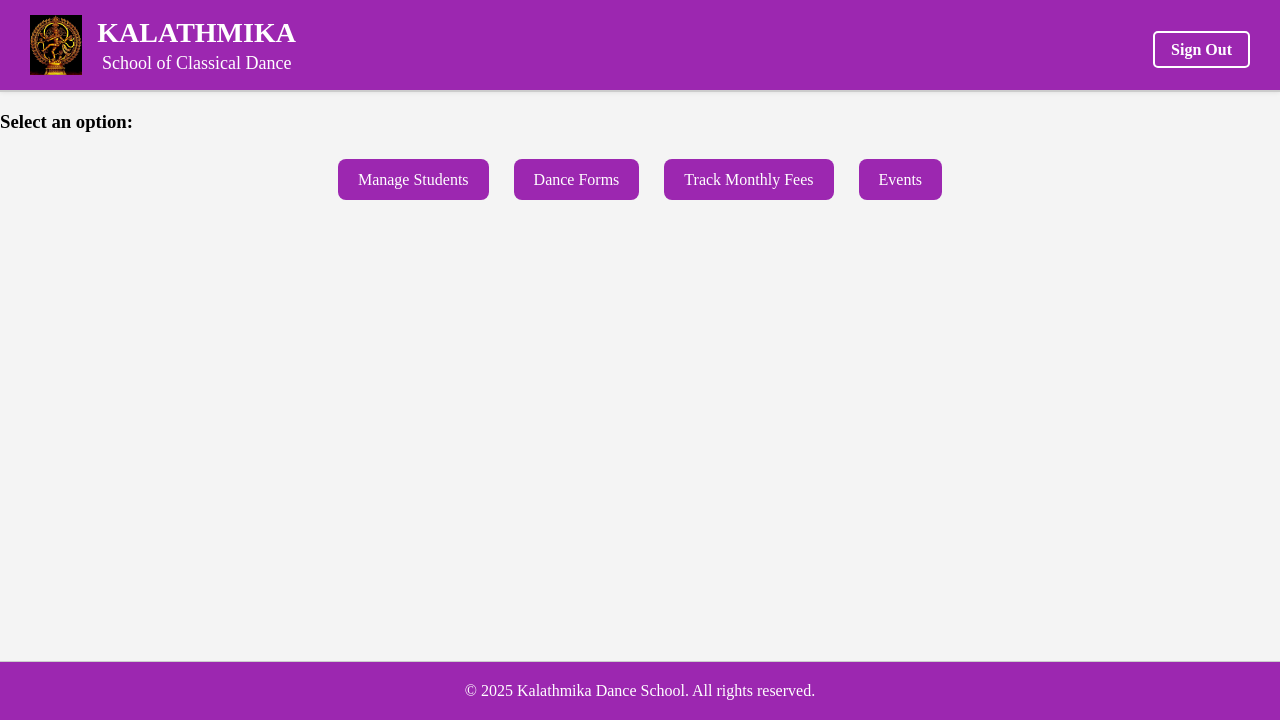
Repository: ammubancilal/LUMINAR-JDK17-STS4-SPRINGBOOT-KALATHMIKA-DANCESCHOOL
Page: http://localhost/springboot-jsp-kalathmika/WEB-INF/jsp/adminDashBoard.jsp
An editor plug-in stored every save of this project. The page is shown before and after the next save, followed by the edit.
The browser window is 1280 px wide. The pictures show the whole page.
The page is served by Tomcat 9. Nobody is signed in. Other server files are loaded and not shown. The template is opened directly, without the code that normally fills it, so the values that code supplies are empty.

Above is the page before, as saved 2025-04-21 11:10:58.

### springboot-jsp-kalathmika/src/main/webapp/WEB-INF/jsp/adminDashBoard.jsp
<%@ page contentType="text/html;charset=UTF-8" language="java" %>
<%@ include file="header.jsp" %>

<html>
<head>
    <title>Admin Dashboard</title>
    <style>
        ul.nav-menu {
             list-style-type: none;
    padding: 0;
    margin: 20px auto 0 auto; /* Top margin and auto left-right for centering */
    display: flex;
    justify-content: center; /* This centers the items horizontally */
    gap: 25px;
        }
        ul.nav-menu li a {
            text-decoration: none;
            background-color: #9C27B0;
            color: white;
            padding: 12px 20px;
            border-radius: 8px;
        }
        ul.nav-menu li a:hover {
            background-color: #7B1FA2;
        }
    </style>
</head>
<body>

<h3>Select an option:</h3>

<nav>
    <ul class="nav-menu">
        <li><a href="${pageContext.request.contextPath}/admin/students">Manage Students</a></li>
        <li><a href="${pageContext.request.contextPath}/admin/dance-forms">Dance Forms</a></li>
        <li><a href="${pageContext.request.contextPath}/admin/fees">Track Monthly Fees</a></li>
        <li><a href="${pageContext.request.contextPath}/admin/events">Events</a></li>
    </ul>
</nav>

<%@ include file="footer.jsp" %>
</body>
</html>

### springboot-jsp-kalathmika/src/main/webapp/WEB-INF/jsp/header.jsp
<%@ page contentType="text/html;charset=UTF-8"%>
<!DOCTYPE html>
<html lang="en">
<head>
    <meta charset="UTF-8">
    <meta name="viewport" content="width=device-width, initial-scale=1.0">
    <title>Kalathmika Admin Dashboard</title>
    <style>
       html, body {
    height: 100%;
    margin: 0;
    padding: 0;
    overflow-x: hidden; /* 👈 Prevents horizontal scroll */
    box-sizing: border-box; /* 👈 Makes widths/paddings behave properly */
    background-color: #f4f4f4;
}

* {
    box-sizing: inherit;
    max-width: 100%; /* Prevents child elements from breaking the layout */
}

        /* Header section styling */
        .header {
            background-color: #9C27B0;
            padding: 15px 30px;
            display: flex;
            justify-content: space-between;
            align-items: center;
            box-shadow: 0 2px 5px rgba(0, 0, 0, 0.1);
            color: white;
            flex-wrap: wrap;
            width: 100%; /* Add this */

        }

        .header-left {
            display: flex;
            align-items: center;
            gap: 15px;
        }

        .header-left img {
            height: 60px;
            width: auto;
        }

        .text-block {
            display: flex;
            flex-direction: column;
            justify-content: center;
            text-align: center;
        }

        .text-block h1 {
            margin: 0;
            font-size: 28px;
            font-weight: bold;
        }

        .text-block h2 {
            margin: 4px 0 0 0;
            font-size: 18px;
            font-weight: normal;
        }

        .header-right {
            margin-top: 10px;
        }

        .header-right a {
            text-decoration: none;
            color: white;
            font-weight: bold;
            padding: 8px 16px;
            border: 2px solid white;
            border-radius: 5px;
            transition: background-color 0.3s, color 0.3s;
        }

        .header-right a:hover {
            background-color: white;
            color: #9C27B0;
        }

        hr {
            border: 1px solid #ccc;
            margin: 0;
        }

        /* Responsive design */
        @media (max-width: 600px) {
            .header {
                flex-direction: column;
                text-align: center;
            }

            .header-left {
                flex-direction: column;
                align-items: center;
            }

            .header-right {
                margin-top: 10px;
            }

            .text-block h1 {
                font-size: 22px;
            }

            .text-block h2 {
                font-size: 16px;
            }
        }
    </style>
</head>
<body>

    <div class="header">
        <div class="header-left">
            <img src="${pageContext.request.contextPath}/images/nadaraja.jpg" alt="Kalathmika Logo">
            <div class="text-block">
                <h1>KALATHMIKA</h1>
                <h2>School of Classical Dance</h2>
            </div>
        </div>
        <div class="header-right">
            <a href="${pageContext.request.contextPath}/index">Sign Out</a>
        </div>
    </div>

    <hr>

</body>
</html>

### springboot-jsp-kalathmika/src/main/webapp/WEB-INF/jsp/footer.jsp
<%@ page contentType="text/html;charset=UTF-8" %>
<!DOCTYPE html>
<html lang="en">
<head>
    <meta charset="UTF-8">
    <meta name="viewport" content="width=device-width, initial-scale=1.0">
    <title>Kalathmika Footer</title>
    <style>
        /* General styling for the body and layout */
        html, body {
            height: 100%; /* Ensures the body takes up the full height of the screen */
            margin: 0; /* Removes default margin */
            display: flex;
            flex-direction: column; /* Stacks the content vertically */
        }

        /* Main content area */
        .content {
            flex-grow: 1; /* Takes up the remaining space to push the footer to the bottom */
        }

        /* Footer section styling */
        .footer {
            text-align: center;
            padding: 20px;
            font-size: 16px;
            color: #fff;
            background-color: #9C27B0;
            border-top: 1px solid #ccc;
            margin-top: auto; /* Push footer to bottom if there's space */
        width: 100%;
        }

        .footer a {
            color: #fff;
            text-decoration: none;
        }

        .footer a:hover {
            text-decoration: underline;
        }
    </style>
</head>
<body>

   <!--  <div class="content">
        Your main content goes here

    </div> -->

    <div class="footer">
        &copy; 2025 Kalathmika Dance School. All rights reserved.
    </div>

</body>
</html>

After the next save:
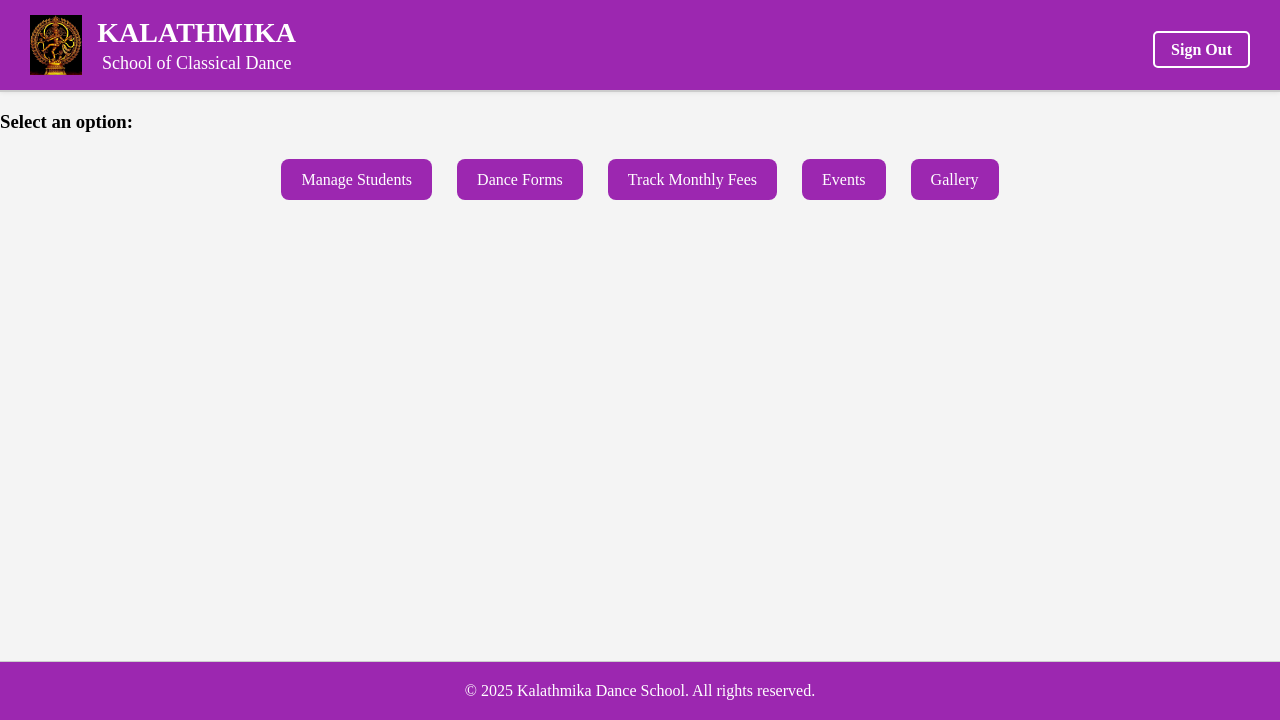
Saved 4 min 11 s later.
--- a/springboot-jsp-kalathmika/src/main/webapp/WEB-INF/jsp/adminDashBoard.jsp
+++ b/springboot-jsp-kalathmika/src/main/webapp/WEB-INF/jsp/adminDashBoard.jsp
@@ -35,6 +35,7 @@
         <li><a href="${pageContext.request.contextPath}/admin/dance-forms">Dance Forms</a></li>
         <li><a href="${pageContext.request.contextPath}/admin/fees">Track Monthly Fees</a></li>
         <li><a href="${pageContext.request.contextPath}/admin/events">Events</a></li>
+         <li><a href="${pageContext.request.contextPath}/admin/events">Gallery</a></li>
     </ul>
 </nav>
 
